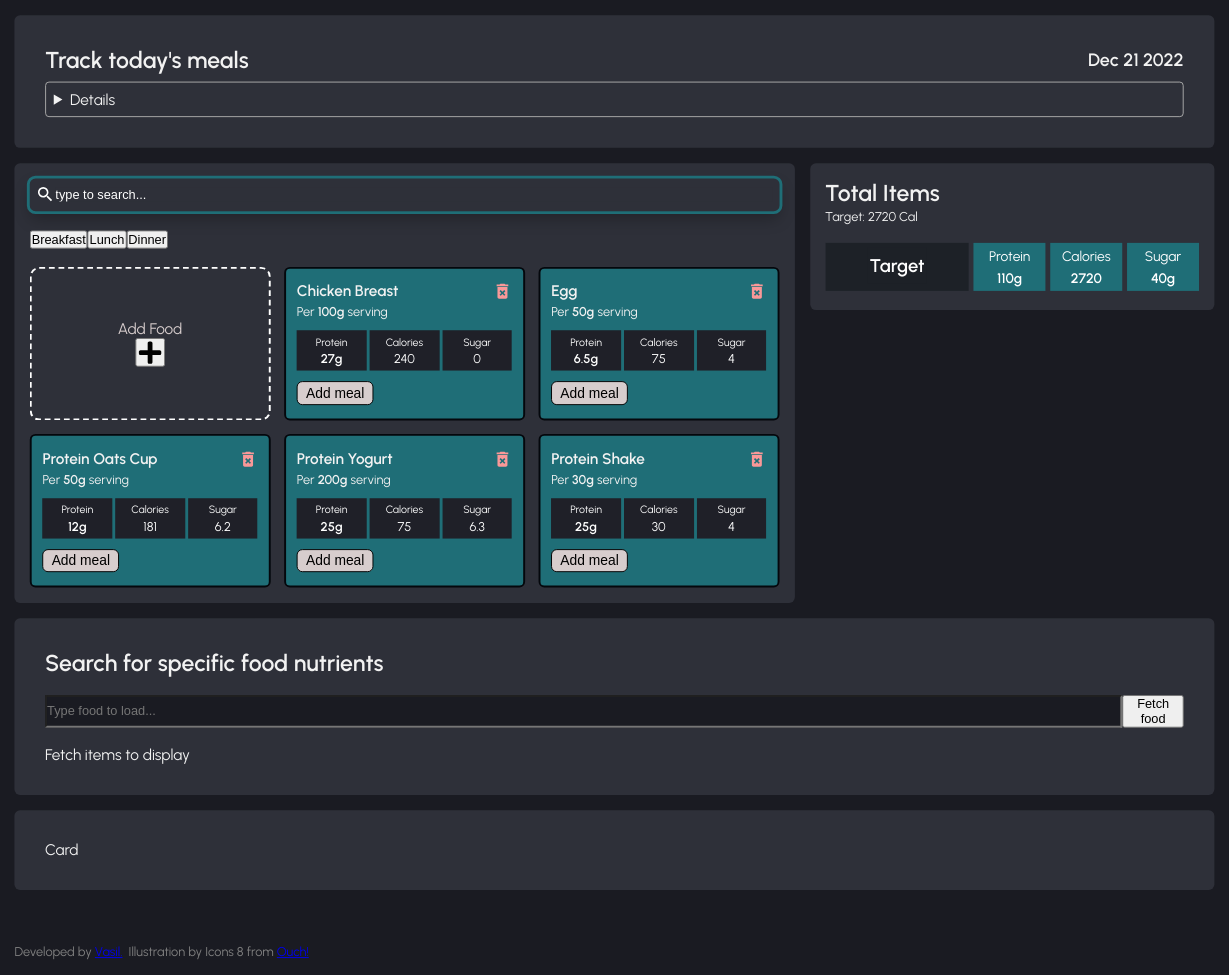
Repository: CEEPREL/NutritionTracker
Page: /
The author's editor kept a copy of each file at every save. The page is drawn from the files as they stood at one save, then again after the next save.
The browser window is 1280 px wide. The pictures show the whole page, at 96% of full size.
The project was rebuilt for these pictures with package versions that can differ from the ones it lists, and the page was loaded fresh each time. Also part of the build but not shown: vite.config.js.

Above is the page before, as saved 2022-12-21 14:33:12.

After the next save:
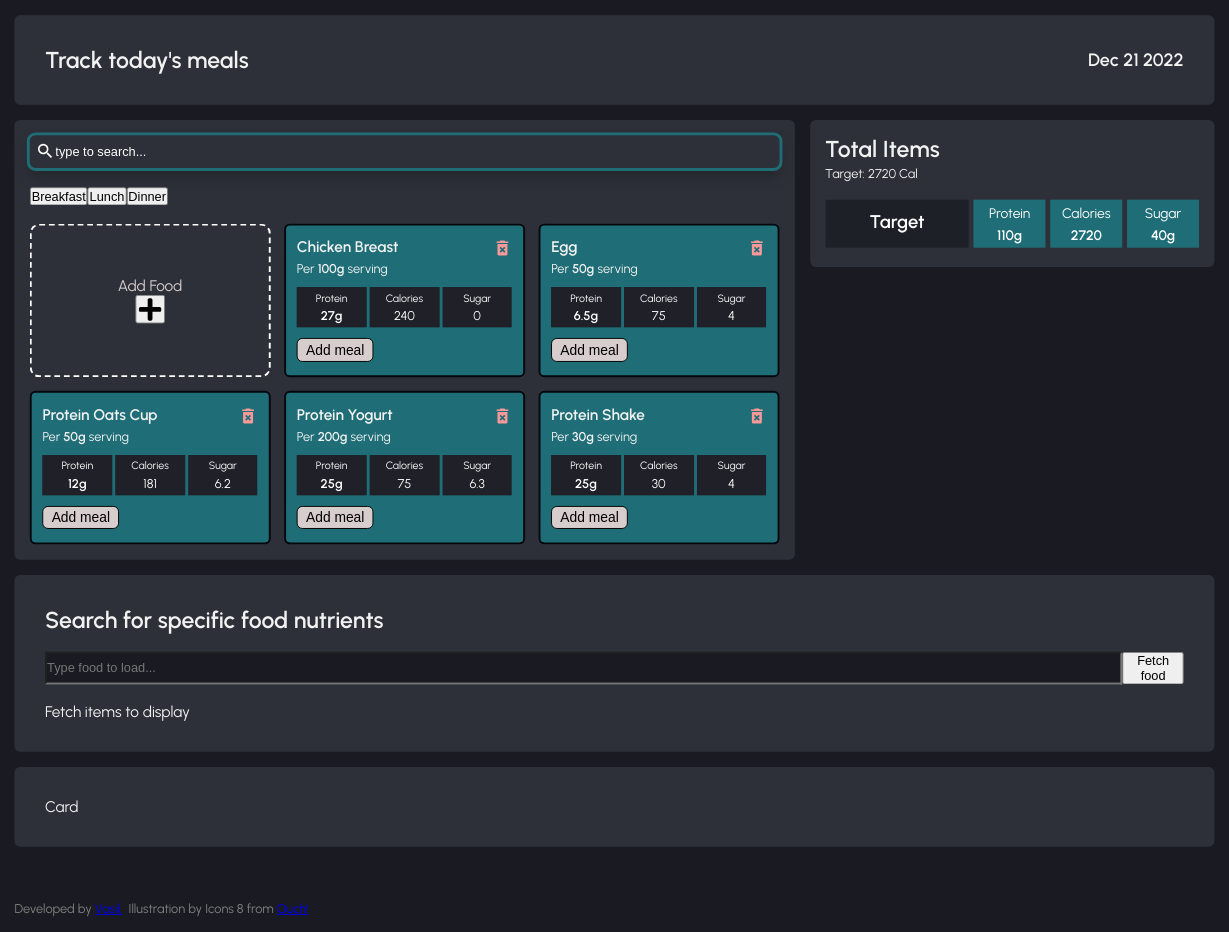
Saved 31 s later.
--- a/src/App.js
+++ b/src/App.js
@@ -98,23 +98,7 @@
           </div>
           {/* <img src={'src/Images/bubble-gum-baguette-and-salad-in-a-paper-bag-tomatoes-on-a-plate-and-olive-oil.png'} alt='bubble'></img> */}
 
-          <details style={{ border: "1px solid #aaa", borderRadius: "4px", padding: "0.5em", marginTop: "8px" }}>
-            <div style={{ display: 'flex', gap: "10px", marginTop: '10px', flexGrow: "1" }}>
-              <div style={{ display: "flex", flexDirection: "column" }}>
-                <label>Protein</label>
-                <input type="text" />
-              </div>
-              <div style={{ display: "flex", flexDirection: "column" }}>
-                <label>Calories</label>
-                <input type="text" />
-              </div>
-              <div style={{ display: "flex", flexDirection: "column" }}>
-                <label>Sugar</label>
-                <input type="text" />
-              </div>
-              <button>Set targets</button>
-            </div>
-          </details>
+
         </div>
 
         <div className="row">

After the 4 saves that followed:
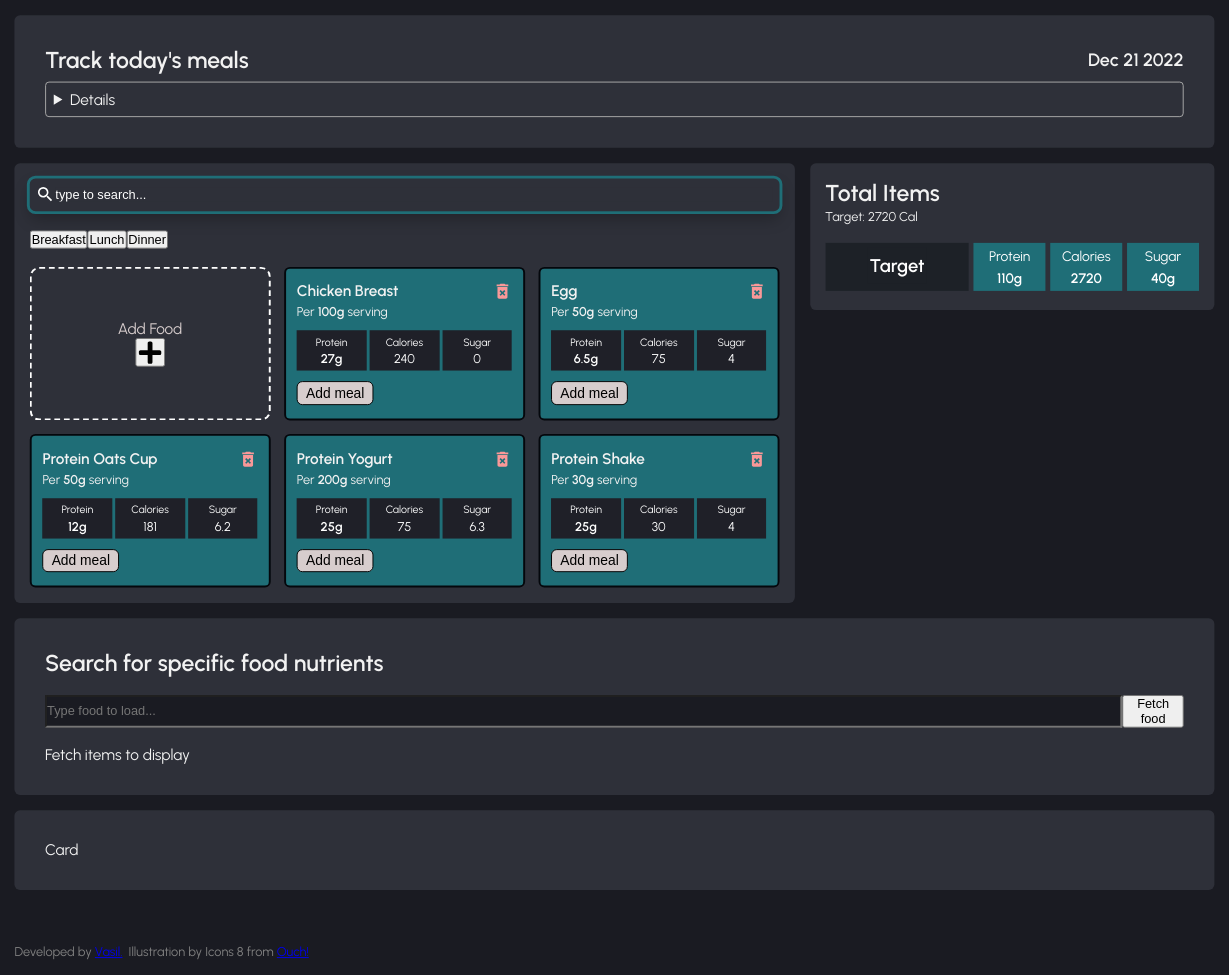
The 4 saves are shown as one change because 1 left the picture as it was and some came seconds apart.
The last was saved 16 s later.
--- a/src/App.js
+++ b/src/App.js
@@ -9,6 +9,7 @@
 import SearchFood from './components/SearchFood';
 import FetchFoodApi from './FetchFoodApi';
 import SaveDailyMealCard from './components/SavedMeals/SavedMealsList';
+import SetTargets from './components/SetTargets';
 
 function App() {
   const [searchText, setSearchText] = useState('');
@@ -98,7 +99,7 @@
           </div>
           {/* <img src={'src/Images/bubble-gum-baguette-and-salad-in-a-paper-bag-tomatoes-on-a-plate-and-olive-oil.png'} alt='bubble'></img> */}
 
-
+          <SetTargets/>
         </div>
 
         <div className="row">
--- a/src/components/SetTargets.js
+++ b/src/components/SetTargets.js
@@ -1,9 +1,23 @@
 import React from 'react'
 
 export default function SetTargets() {
-  return (
-    <div>
-
-    </div>
-  )
+    return (
+        <details style={{ border: "1px solid #aaa", borderRadius: "4px", padding: "0.5em", marginTop: "8px" }}>
+            <div style={{ display: 'flex', gap: "10px", marginTop: '10px', flexGrow: "1" }}>
+                <div style={{ display: "flex", flexDirection: "column" }}>
+                    <label>Protein</label>
+                    <input type="text" />
+                </div>
+                <div style={{ display: "flex", flexDirection: "column" }}>
+                    <label>Calories</label>
+                    <input type="text" />
+                </div>
+                <div style={{ display: "flex", flexDirection: "column" }}>
+                    <label>Sugar</label>
+                    <input type="text" />
+                </div>
+                <button>Set targets</button>
+            </div>
+        </details>
+    )
 }
